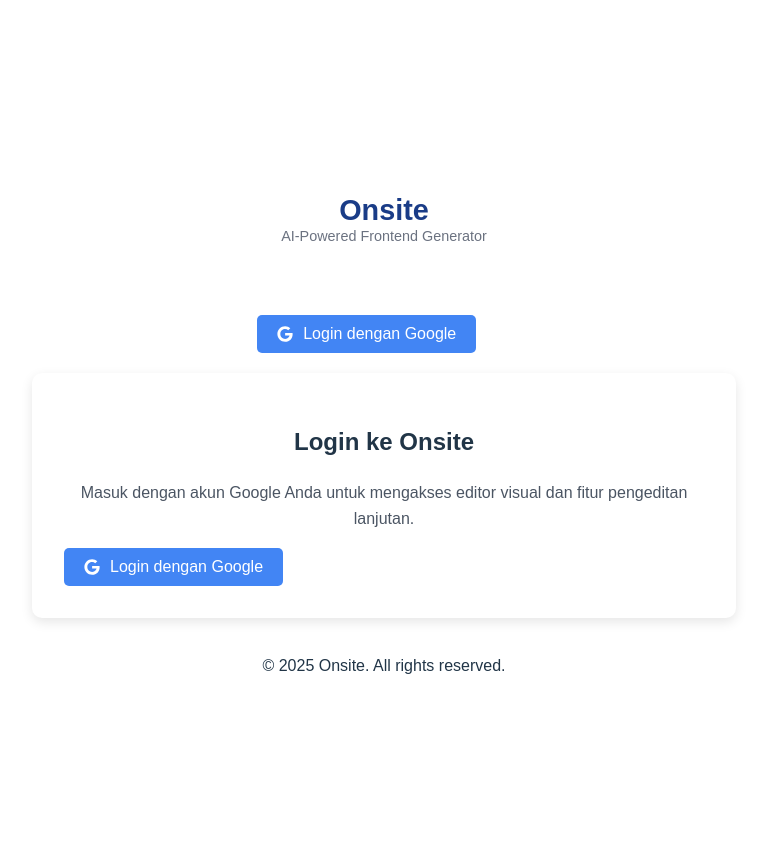
Repository: arifsoul/onsite
Page: /login (app in onsite/)
These files come from the project's save history. The page is drawn as it stood at one moment and after the next save; the edit follows.
The browser window is 768 px wide. The pictures show the whole page.
The project was rebuilt for these pictures with package versions that can differ from the ones it lists, and the page was loaded fresh each time. Also part of the build but not shown: onsite/vite.config.js, onsite/src/services/deepseekApi.js, onsite/src/components/Generator/AIGenerator.css, onsite/src/components/Generator/AIGenerator.jsx, onsite/src/components/Preview/LivePreview.css, onsite/src/components/Preview/LivePreview.jsx, onsite/src/pages/Home.jsx, onsite/src/components/Editor/CSSPanel.jsx and 4 more.

Above is the page before, as saved 2025-04-14 17:00:31.

### onsite/src/index.css
:root {
  font-family: system-ui, Avenir, Helvetica, Arial, sans-serif;
  line-height: 1.5;
  font-weight: 400;

  color-scheme: light dark;
  color: rgba(255, 255, 255, 0.87);
  background-color: #242424;

  font-synthesis: none;
  text-rendering: optimizeLegibility;
  -webkit-font-smoothing: antialiased;
  -moz-osx-font-smoothing: grayscale;
}

a {
  font-weight: 500;
  color: #646cff;
  text-decoration: inherit;
}
a:hover {
  color: #535bf2;
}

body {
  margin: 0;
  display: flex;
  place-items: center;
  min-width: 320px;
  min-height: 100vh;
  font-family: Arial, sans-serif;
}

h1 {
  font-size: 3.2em;
  line-height: 1.1;
}

button {
  border-radius: 8px;
  border: 1px solid transparent;
  padding: 0.6em 1.2em;
  font-size: 1em;
  font-weight: 500;
  font-family: inherit;
  background-color: #1a1a1a;
  cursor: pointer;
  transition: border-color 0.25s;
}
button:hover {
  border-color: #646cff;
}
button:focus,
button:focus-visible {
  outline: 4px auto -webkit-focus-ring-color;
}

@media (prefers-color-scheme: light) {
  :root {
    color: #213547;
    background-color: #ffffff;
  }
  a:hover {
    color: #747bff;
  }
  button {
    background-color: #f9f9f9;
  }
}

### onsite/src/App.jsx
import { BrowserRouter as Router, Routes, Route } from 'react-router-dom';
import { Auth0Provider } from '@auth0/auth0-react';
import { CodeProvider } from './context/CodeContext';
import Home from './pages/Home';
import Editor from './pages/Editor';
import Login from './pages/Login';
import './App.css';

function App() {
  return (
    <Auth0Provider
      domain={import.meta.env.VITE_AUTH0_DOMAIN}
      clientId={import.meta.env.VITE_AUTH0_CLIENT_ID}
      redirectUri={window.location.origin}
    >
      <CodeProvider>
        <Router>
          <Routes>
            <Route path="/" element={<Home />} />
            <Route path="/login" element={<Login />} />
            <Route path="/editor" element={<Editor />} />
          </Routes>
        </Router>
      </CodeProvider>
    </Auth0Provider>
  );
}

export default App;

### onsite/src/context/CodeContext.jsx
import { createContext, useState, useContext } from 'react';

const CodeContext = createContext();

export const CodeProvider = ({ children }) => {
  const [generatedCode, setGeneratedCode] = useState({
    html: '',
    css: '',
    js: '',
  });
  const [components, setComponents] = useState([]);

  const updateComponent = (id, updates) => {
    setComponents((prev) =>
      prev.map((comp) =>
        comp.id === id ? { ...comp, ...updates } : comp
      )
    );
  };

  return (
    <CodeContext.Provider
      value={{ generatedCode, setGeneratedCode, components, setComponents, updateComponent }}
    >
      {children}
    </CodeContext.Provider>
  );
};

export const useCode = () => useContext(CodeContext);

### onsite/src/pages/Login.jsx
import GoogleLogin from '../components/Auth/GoogleLogin';
import './Login.css';

const Login = () => {
  return (
    <div className="login-container">
      <header className="login-header">
        <div className="logo">
          <h1>Onsite</h1>
          <span>AI-Powered Frontend Generator</span>
        </div>
        <GoogleLogin />
      </header>
      <main className="login-main">
        <section className="login-section">
          <div className="card login-card">
            <h2>Login ke Onsite</h2>
            <p>
              Masuk dengan akun Google Anda untuk mengakses editor visual dan fitur pengeditan lanjutan.
            </p>
            <GoogleLogin />
          </div>
        </section>
      </main>
      <footer className="login-footer">
        <p>© 2025 Onsite. All rights reserved.</p>
      </footer>
    </div>
  );
};

export default Login;

### onsite/src/components/Auth/GoogleLogin.jsx
import { useAuth0 } from '@auth0/auth0-react';
import { FaGoogle } from 'react-icons/fa';
import './GoogleLogin.css';

const GoogleLogin = () => {
  const { loginWithRedirect, isAuthenticated, user, logout } = useAuth0();

  return (
    <div>
      {isAuthenticated ? (
        <div className="user-info">
          <img src={user?.picture} alt={user?.name} />
          <span>{user?.name}</span>
          <button
            className="logout-btn"
            onClick={() => logout({ returnTo: window.location.origin })}
          >
            Logout
          </button>
        </div>
      ) : (
        <button
          className="google-login-btn"
          onClick={() => loginWithRedirect({ connection: 'google-oauth2' })}
        >
          <FaGoogle /> Login dengan Google
        </button>
      )}
    </div>
  );
};

export default GoogleLogin;

### onsite/src/pages/Home.css
/* src/pages/Home.css */
.home-container {
    display: flex;
    flex-direction: column;
    min-height: 100vh;
    background-color: #f8f9fa;
  }

  /* Header */
  .home-header {
    display: flex;
    justify-content: space-between;
    align-items: center;
    padding: 1.5rem 2rem;
    background-color: #ffffff;
    box-shadow: 0 2px 4px rgba(0, 0, 0, 0.08);
    position: sticky;
    top: 0;
    z-index: 100;
  }

  .logo h1 {
    font-size: 1.8rem;
    color: #1a3c87;
    margin: 0;
  }

  .logo span {
    font-size: 0.9rem;
    color: #6b7280;
    display: block;
  }

  /* Main Content */
  .home-main {
    flex: 1;
    padding: 2rem;
    max-width: 1400px;
    margin: 0 auto;
    width: 100%;
  }

  /* Hero Section */
  .hero-section {
    text-align: center;
    margin-bottom: 4rem;
  }

  .hero-section h2 {
    font-size: 2.5rem;
    color: #1f2937;
    margin-bottom: 1rem;
  }

  .hero-section p {
    font-size: 1.2rem;
    color: #4b5563;
    max-width: 700px;
    margin: 0 auto 1.5rem;
  }

  .hero-cta {
    display: inline-block;
    padding: 0.75rem 2rem;
    background-color: #2563eb;
    color: #ffffff;
    text-decoration: none;
    border-radius: 6px;
    font-size: 1.1rem;
    font-weight: 600;
    transition: background-color 0.2s;
  }

  .hero-cta:hover {
    background-color: #1d4ed8;
  }

  /* Features Section */
  .features-section {
    display: grid;
    grid-template-columns: repeat(auto-fit, minmax(300px, 1fr));
    gap: 2rem;
    margin-bottom: 3rem;
  }

  .card {
    background-color: #ffffff;
    border-radius: 10px;
    box-shadow: 0 4px 12px rgba(0, 0, 0, 0.1);
    padding: 2rem;
    transition: transform 0.3s ease, box-shadow 0.3s ease;
  }

  .card:hover {
    transform: translateY(-8px);
    box-shadow: 0 6px 16px rgba(0, 0, 0, 0.15);
  }

  .card h3 {
    font-size: 1.5rem;
    color: #1f2937;
    margin-bottom: 1rem;
  }

  .card p {
    font-size: 1rem;
    color: #4b5563;
    line-height: 1.6;
  }

  .description-card {
    display: flex;
    flex-direction: column;
    justify-content: center;
  }

  /* Footer */
  .home-footer {
    text-align: center;
    padding: 1.5rem;
    background-color: #ffffff;
    border-top: 1px solid #e5e7eb;
    color: #6b7280;
    font-size: 0.9rem;
  }

  /* Responsive Design */
  @media (max-width: 1024px) {
    .features-section {
      grid-template-columns: 1fr;
    }
  }

  @media (max-width: 768px) {
    .home-header {
      flex-direction: column;
      gap: 1rem;
      text-align: center;
    }

    .hero-section h2 {
      font-size: 2rem;
    }

    .hero-section p {
      font-size: 1rem;
    }

    .hero-cta {
      padding: 0.6rem 1.5rem;
      font-size: 1rem;
    }

    .card {
      padding: 1.5rem;
    }
  }

### onsite/src/pages/Editor.css
/* src/pages/Editor.css */
.editor-container {
    display: flex;
    flex-direction: column;
    min-height: 100vh;
    background-color: #f8f9fa;
  }

  /* Header */
  .editor-header {
    display: flex;
    justify-content: space-between;
    align-items: center;
    padding: 1.5rem 2rem;
    background-color: #ffffff;
    box-shadow: 0 2px 4px rgba(0, 0, 0, 0.08);
    position: sticky;
    top: 0;
    z-index: 100;
  }

  .logo h1 {
    font-size: 1.8rem;
    color: #1a3c87;
    margin: 0;
  }

  .logo span {
    font-size: 0.9rem;
    color: #6b7280;
    display: block;
  }

  /* Main Content */
  .editor-main {
    flex: 1;
    padding: 2rem;
    max-width: 1400px;
    margin: 0 auto;
    width: 100%;
  }

  /* Login Prompt */
  .login-prompt {
    text-align: center;
    max-width: 600px;
    margin: 0 auto;
  }

  .login-prompt h2 {
    font-size: 2rem;
    color: #1f2937;
    margin-bottom: 1rem;
  }

  .login-prompt p {
    font-size: 1.1rem;
    color: #4b5563;
    margin-bottom: 2rem;
  }

  /* Editor Section */
  .editor-section {
    display: grid;
    grid-template-columns: 1fr 1fr;
    gap: 2rem;
  }

  .card {
    background-color: #ffffff;
    border-radius: 10px;
    box-shadow: 0 4px 12px rgba(0, 0, 0, 0.1);
    padding: 2rem;
    transition: transform 0.3s ease, box-shadow 0.3s ease;
  }

  .card:hover {
    transform: translateY(-8px);
    box-shadow: 0 6px 16px rgba(0, 0, 0, 0.15);
  }

  .card h3 {
    font-size: 1.5rem;
    color: #1f2937;
    margin-bottom: 1rem;
  }

  /* Footer */
  .editor-footer {
    text-align: center;
    padding: 1.5rem;
    background-color: #ffffff;
    border-top: 1px solid #e5e7eb;
    color: #6b7280;
    font-size: 0.9rem;
  }

  /* Responsive Design */
  @media (max-width: 1024px) {
    .editor-section {
      grid-template-columns: 1fr;
    }
  }

  @media (max-width: 768px) {
    .editor-header {
      flex-direction: column;
      gap: 1rem;
      text-align: center;
    }

    .login-prompt h2 {
      font-size: 1.8rem;
    }

    .login-prompt p {
      font-size: 1rem;
    }

    .card {
      padding: 1.5rem;
    }
  }

### onsite/src/pages/Login.css
.login-container {
    display: flex;
    flex-direction: column;
    align-items: center;
    justify-content: center;
    height: 100vh;
    gap: 20px;
  }

### onsite/src/components/Auth/GoogleLogin.css
.google-login-btn {
  display: flex;
  align-items: center;
  gap: 10px;
  padding: 10px 20px;
  background-color: #4285f4;
  color: white;
  border: none;
  border-radius: 5px;
  cursor: pointer;
  font-size: 16px;
}

.user-info {
  display: flex;
  align-items: center;
  gap: 10px;
}

.user-info img {
  border-radius: 50%;
  width: 40px;
  height: 40px;
}

.logout-btn {
  padding: 5px 10px;
  background-color: #dc3545;
  color: white;
  border: none;
  border-radius: 5px;
  cursor: pointer;
}

Loaded but not shown: onsite/index.html (common file); onsite/src/main.jsx (common file); onsite/src/App.css (common file)

After the next save:
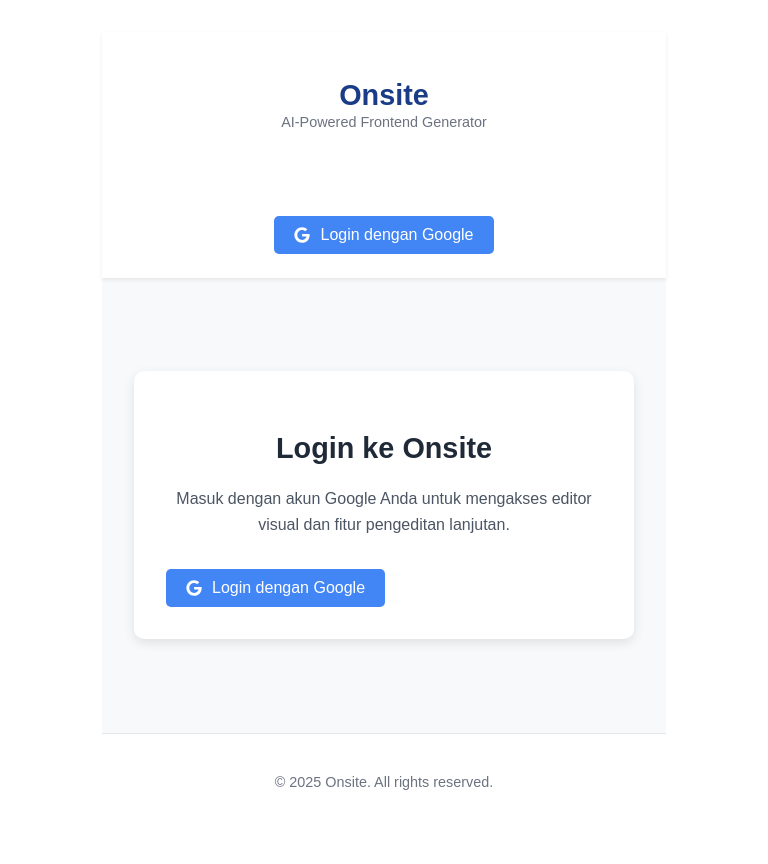
Saved 82 s later.
--- a/onsite/src/pages/Login.css
+++ b/onsite/src/pages/Login.css
@@ -1,8 +1,98 @@
+/* src/pages/Login.css */
 .login-container {
     display: flex;
     flex-direction: column;
+    min-height: 100vh;
+    background-color: #f8f9fa;
+  }
+
+  /* Header */
+  .login-header {
+    display: flex;
+    justify-content: space-between;
+    align-items: center;
+    padding: 1.5rem 2rem;
+    background-color: #ffffff;
+    box-shadow: 0 2px 4px rgba(0, 0, 0, 0.08);
+    position: sticky;
+    top: 0;
+    z-index: 100;
+  }
+
+  .logo h1 {
+    font-size: 1.8rem;
+    color: #1a3c87;
+    margin: 0;
+  }
+
+  .logo span {
+    font-size: 0.9rem;
+    color: #6b7280;
+    display: block;
+  }
+
+  /* Main Content */
+  .login-main {
+    flex: 1;
+    display: flex;
     align-items: center;
     justify-content: center;
-    height: 100vh;
-    gap: 20px;
+    padding: 2rem;
   }
+
+  /* Login Section */
+  .login-section {
+    max-width: 500px;
+    width: 100%;
+  }
+
+  .login-card {
+    background-color: #ffffff;
+    border-radius: 10px;
+    box-shadow: 0 4px 12px rgba(0, 0, 0, 0.1);
+    padding: 2.5rem;
+    text-align: center;
+  }
+
+  .login-card h2 {
+    font-size: 2rem;
+    color: #1f2937;
+    margin-bottom: 1rem;
+  }
+
+  .login-card p {
+    font-size: 1.1rem;
+    color: #4b5563;
+    margin-bottom: 2rem;
+  }
+
+  /* Footer */
+  .login-footer {
+    text-align: center;
+    padding: 1.5rem;
+    background-color: #ffffff;
+    border-top: 1px solid #e5e7eb;
+    color: #6b7280;
+    font-size: 0.9rem;
+  }
+
+  /* Responsive Design */
+  @media (max-width: 768px) {
+    .login-header {
+      flex-direction: column;
+      gap: 1rem;
+      text-align: center;
+    }
+
+    .login-card {
+      padding: 2rem;
+    }
+
+    .login-card h2 {
+      font-size: 1.8rem;
+    }
+
+    .login-card p {
+      font-size: 1rem;
+    }
+  }
